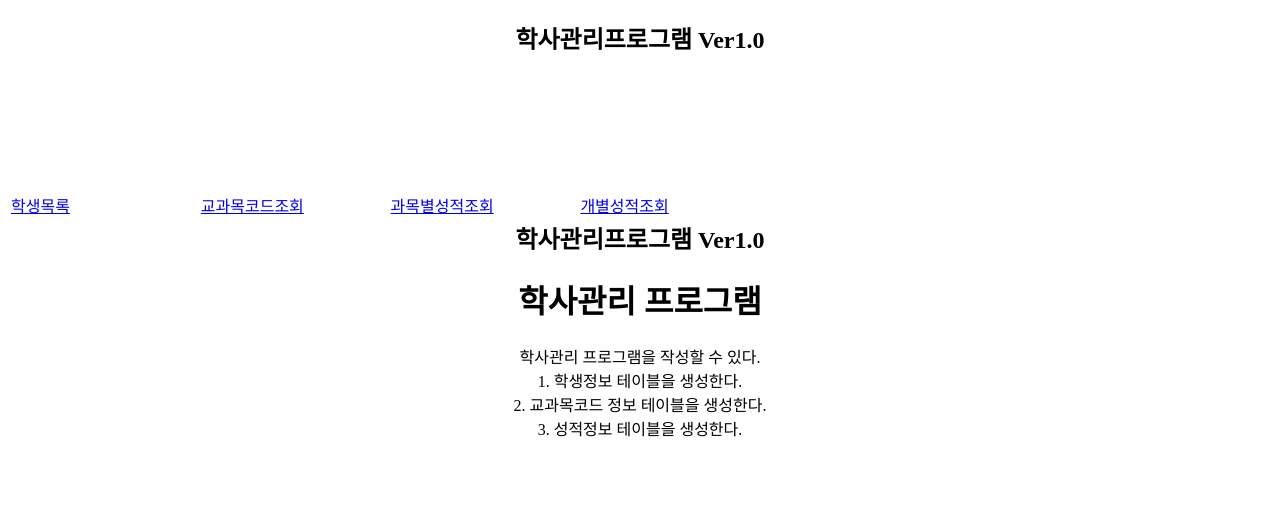
Repository: DDoeDDoe32/sw5
Page: http://localhost/test10/
An editor plug-in stored every save of this project. The page is shown before and after the next save, followed by the edit.
The browser window is 1280 px wide. The pictures show the whole page.
The page is served by Tomcat 9.

Above is the page before, as saved 2019-05-18 04:50:28.

After the next save:
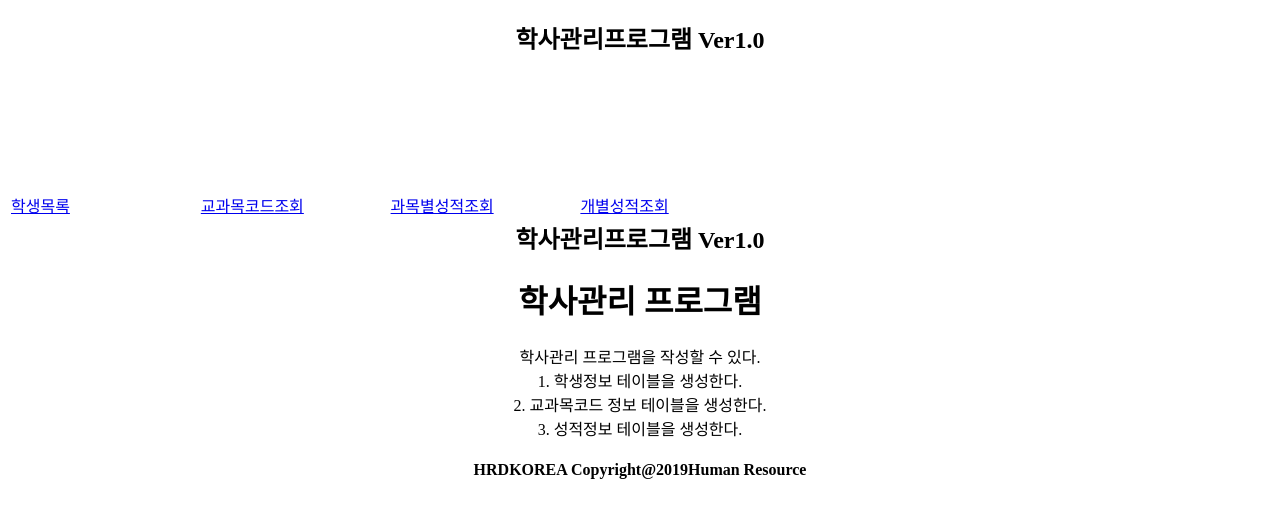
Saved 79 s later.
--- a/실습파일/test10/WebContent/index.jsp
+++ b/실습파일/test10/WebContent/index.jsp
@@ -16,6 +16,9 @@
 <div style='text-align:center'>
 <%@ include file="main_contents.jsp" %>
 </div>
+<div style='text-align:center'>
+<%@ include file="main_footer.jsp" %>
+</div>
 
 
 
